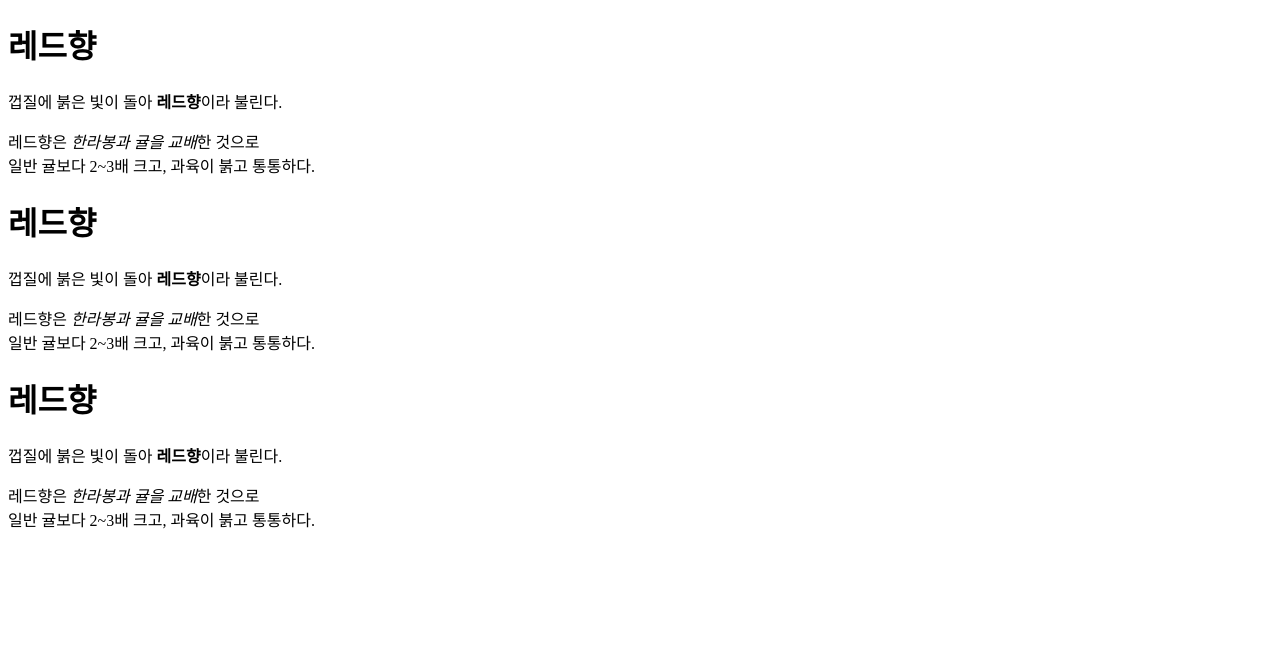
Repository: topyoungil/CodeMemories-ByJake
Page: HTML_CSS/WebContent/test/1003_css/bg-clip.html
An editor plug-in stored every save of this project. The page is shown before and after the next save, followed by the edit.
The browser window is 1280 px wide. The pictures show the whole page.

Above is the page before, as saved 2022-10-03 13:07:59.

After the next save:
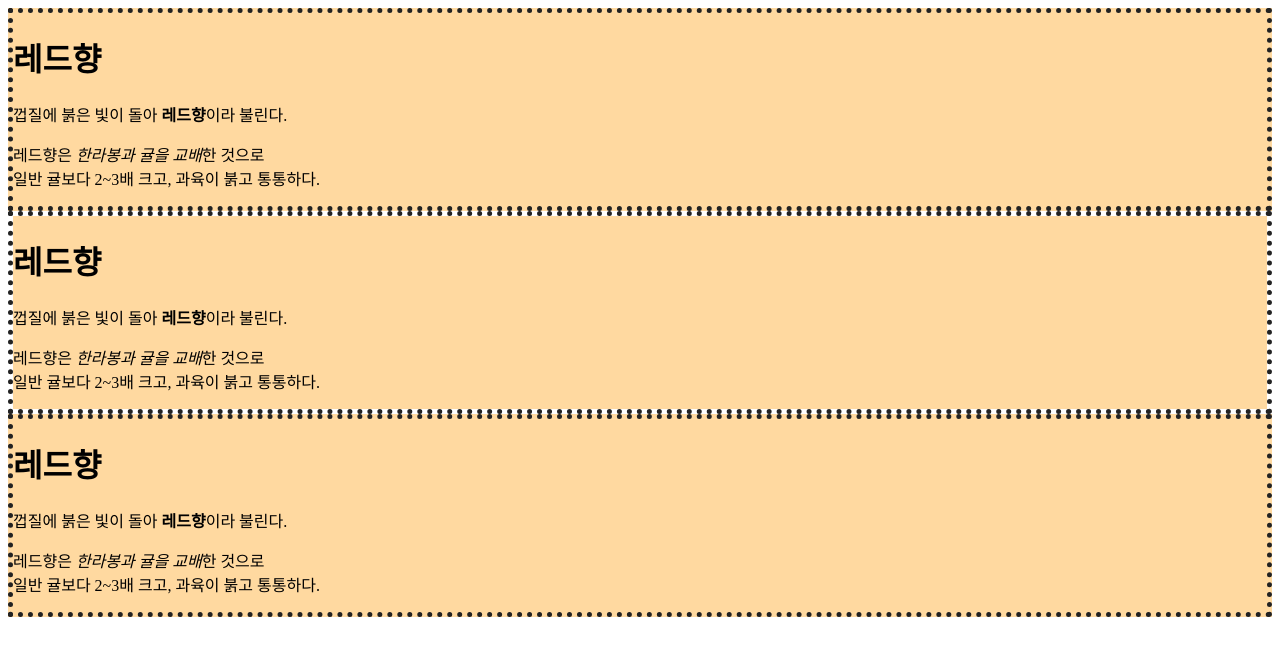
Saved 90 s later.
--- a/HTML_CSS/WebContent/test/1003_css/bg-clip.html
+++ b/HTML_CSS/WebContent/test/1003_css/bg-clip.html
@@ -4,6 +4,13 @@
 <meta charset="UTF-8">
 <title>Insert title here</title>
 <style>
+	.desc {
+		border: 5px dotted #222;
+		background-color: #ffd9a0;
+
+
+	}
+
 	#clip-border {
 		background-clip: border-box;
 	}
